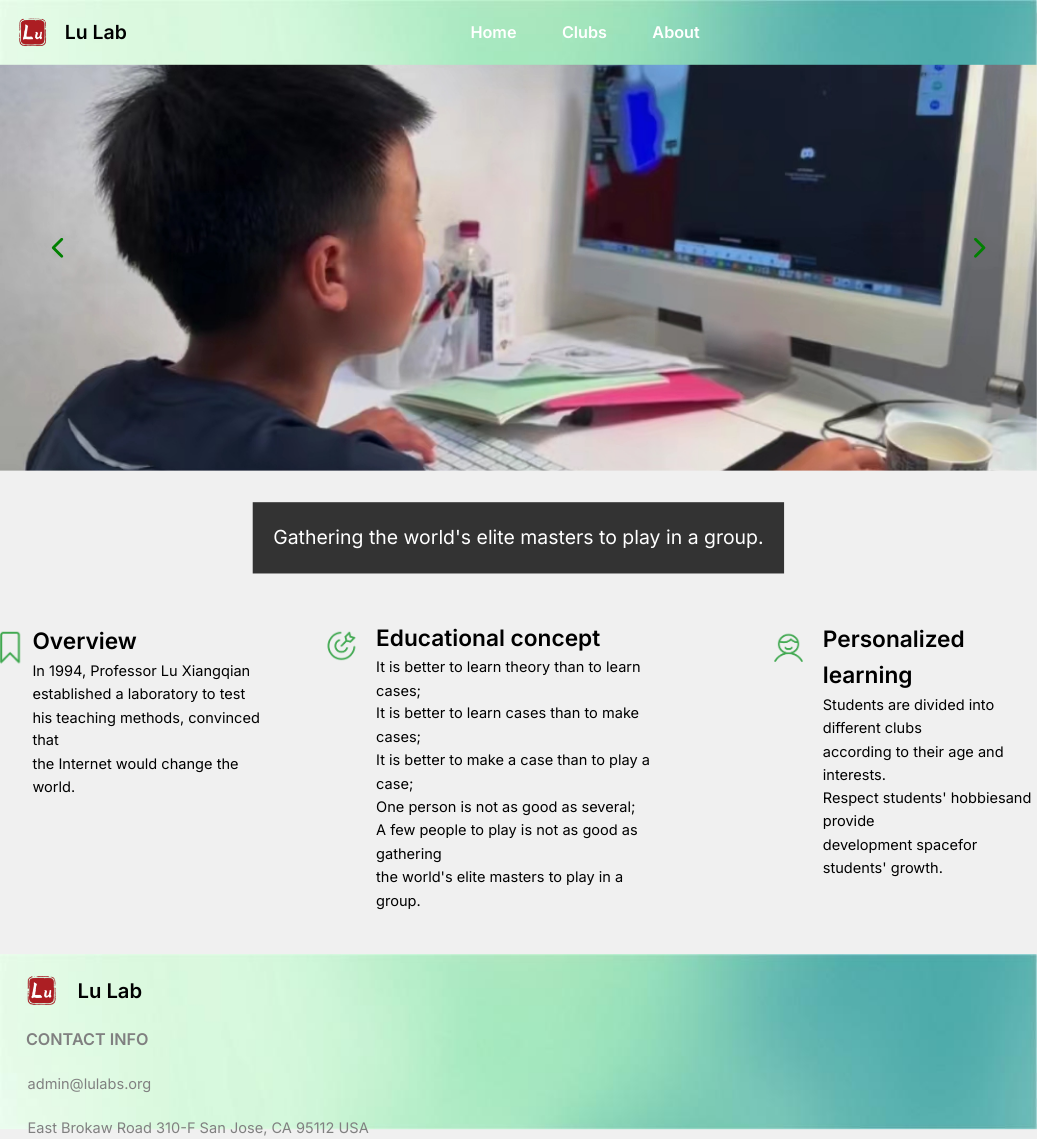
Repository: proflulab/lulab_website_next_js
Page: /
An editor plug-in stored every save of this project. The page is shown before and after the next save, followed by the edit.
The browser window is 1280 px wide. The pictures show the whole page, at 81% of full size.
The project was rebuilt for these pictures with package versions that can differ from the ones it lists, and the page was loaded fresh each time. The framework's server and built-in components were replaced by stand-ins that run in the browser. Also part of the build but not shown: next.config.js, next.config.mjs.

Above is the page before, as saved 2023-12-27 21:06:47.

### app/layout.tsx
import type { Metadata } from "next";
import { Inter } from "next/font/google";
import "./globals.css";

const inter = Inter({ subsets: ["latin"] });

export const metadata: Metadata = {
  title: "Lu Lab",
  description: "Lu Lab",
};

export default function RootLayout({
  children,
}: {
  children: React.ReactNode;
}) {
  return (
    <html lang="en">
      <body className={inter.className}>{children}</body>
    </html>
  );
}

### app/page.tsx
"use client";
import "./globals.css"; // 引入全局 CSS 文件

import React, { useState, useEffect, useRef } from "react";
import { FontAwesomeIcon } from "@fortawesome/react-fontawesome";
import {
  faChevronLeft,
  faChevronRight,
} from "@fortawesome/free-solid-svg-icons";
import Image from "next/image";

import Navbar from "./title/page";
import End from "./title/end";

// export default Navbar;

const Home: React.FC = () => {
  const [images, setImages] = useState<string[]>([]);
  const [currentImageIndex, setCurrentImageIndex] = useState<number>(0);

  useEffect(() => {
    const imageUrls = ["image3.jpg", "xueyuan.jpg", "image1.jpg"];
    setImages(imageUrls);
  }, []);

  useEffect(() => {
    const interval = setInterval(() => {
      setCurrentImageIndex((prevIndex) =>
        prevIndex === images.length - 1 ? 0 : prevIndex + 1
      );
    }, 5000);

    return () => clearInterval(interval);
  }, [images]);

  const showNextImage = () => {
    setCurrentImageIndex((prevIndex) =>
      prevIndex === images.length - 1 ? 0 : prevIndex + 1
    );
  };

  const showPreviousImage = () => {
    setCurrentImageIndex((prevIndex) =>
      prevIndex === 0 ? images.length - 1 : prevIndex - 1
    );
  };
  const [windowWidth, setWindowWidth] = useState<number>(0);

  const [isMobile, setIsMobile] = useState<boolean>(false);

  useEffect(() => {
    const handleResize = () => {
      const width = window.innerWidth;
      setIsMobile(width <= 768);
    };

    handleResize(); // 初始化时调用一次，设置初始的 isMobile 值

    window.addEventListener("resize", handleResize);

    return () => {
      window.removeEventListener("resize", handleResize);
    };
  }, []); // 空数组作为依赖，确保只在组件挂载时执行一次

  return (
    <>
      <Navbar />
      <div
        style={{
          display: "flex",
          flexDirection: "column",
          alignItems: "center",
        }}
      >
        <div
          style={{
            position: "relative",
            width: "100%",
            height: "85vh",
            maxWidth: "100%",
            maxHeight: "85vh",
          }}
        >
          {images.length > 0 && (
            // eslint-disable-next-line @next/next/no-img-element
            <img
              src={images[currentImageIndex]}
              alt={`Image ${currentImageIndex + 1}`}
              style={{
                width: "100%",
                height: "95%",
                objectFit: "cover",
                ...(isMobile
                  ? {
                      height: "75vh",
                      width: "100%",
                      objectFit: "cover",
                    }
                  : {}),
              }}
            />
          )}
          <div
            style={{
              position: "absolute",
              top: "50%",
              transform: "translateY(-50%)",
              left: "5%",
              right: "5%",
              display: "flex",
              justifyContent: "space-between",
            }}
          >
            <button
              onClick={showPreviousImage}
              style={{ color: "green", fontWeight: "bold", fontSize: "28px" }}
            >
              <FontAwesomeIcon icon={faChevronLeft} />
            </button>
            <button
              onClick={showNextImage}
              style={{ color: "green", fontWeight: "bold", fontSize: "28px" }}
            >
              <FontAwesomeIcon icon={faChevronRight} />
            </button>
          </div>
        </div>

        <div
          style={{
            position: "absolute",
            top: isMobile ? "400px" : "620px",
            justifyContent: "space-between",

            backgroundColor: "#333333",
            color: "#fff",
            padding: "25px",
            zIndex: 1,
            width: isMobile ? "80%" : "auto", // 根据屏幕大小更新宽度
          }}
        >
          <p style={{ fontSize: isMobile ? "20px" : "24px" }}>
            Gathering the world&apos;s elite masters to play in a group.
          </p>
        </div>

        <div
          style={{
            fontWeight: "bold",
            fontSize: "45px",
            color: "#000000",
            textAlign: "center",
            marginTop: "40px",
            marginBottom: "40px",
          }}
        >
          Welcome to Lu Lab
        </div>
        {isMobile && (
          <>
            <div
              style={{
                marginBottom: "20px",
                display: "flex",
                alignItems: "flex-start",
              }}
            >
              <Image
                src="/Overview.png"
                alt=""
                width={25}
                height={35}
                style={{ marginLeft: "-30px" }}
              />
              <div style={{ marginLeft: "15px" }}>
                <p
                  style={{
                    fontSize: "28px",
                    fontWeight: "600",
                    marginBottom: "5px",
                    marginTop: "-5px",
                  }}
                >
                  Overview
                </p>
                <p
                  style={{
                    fontSize: "18px",
                    fontWeight: "400",
                    lineHeight: "1.5",
                  }}
                >
                  In 1994, Professor Lu Xiangqian
                  <br /> established a laboratory to test
                  <br />
                  his teaching methods, convinced that
                  <br /> the Internet would change the world. <br />
                </p>
              </div>
            </div>

            <div
              style={{
                marginBottom: "20px",
                display: "flex",
                alignItems: "flex-start",
              }}
            >
              <Image
                src="/Edu.png"
                alt=""
                width={35}
                height={35}
                style={{ marginLeft: "35px" }}
              />
              <div style={{ marginLeft: "15px" }}>
                <p
                  style={{
                    fontSize: "28px",
                    fontWeight: "600",
                    marginBottom: "5px",
                    marginTop: "-5px",
                  }}
                >
                  Educational concept
                </p>
                <p
                  style={{
                    fontSize: "18px",
                    fontWeight: "400",
                    lineHeight: "1.5",
                  }}
                >
                  It is better to learn theory than to learn cases;
                  <br />
                  It is better to learn cases than to make cases;
                  <br />
                  It is better to make a case than to play a case;
                  <br />
                  One person is not as good as several;
                  <br />
                  A few people to play is not as good as gathering
                  <br />
                  the world&apos;s elite masters to play in a group.
                </p>
              </div>
            </div>

            <div
              style={{
                marginBottom: "20px",
                display: "flex",
                alignItems: "flex-start",
              }}
            >
              <Image
                src="/Person.png"
                alt=""
                width={35}
                height={35}
                style={{ marginLeft: "-15px" }}
              />
              <div style={{ marginLeft: "15px" }}>
                <p
                  style={{
                    fontSize: "28px",
                    fontWeight: "600",
                    marginBottom: "5px",
                    marginTop: "-5px",
                  }}
                >
                  Personalized learning
                </p>
                <p
                  style={{
                    fontSize: "18px",
                    fontWeight: "400",
                    lineHeight: "1.5",
                  }}
                >
                  Students are divided into different clubs
                  <br />
                  according to their age and interests.
                  <br />
                  Respect students&apos; hobbies and provide
                  <br />
                  development space for students&apos; growth.
                </p>
              </div>
            </div>
          </>
        )}

        {!isMobile && (
          <div
            style={{
              display: "flex",
              justifyContent: "left",
              marginTop: "20px",
            }}
          >
            <div style={{ flex: "1", marginRight: "80px" }}>
              <Image src="/Overview.png" alt="" width={25} height={35} />
              <div style={{ marginLeft: "40px" }}>
                <p
                  style={{
                    color: "black",
                    fontSize: "28px",
                    fontWeight: "600",
                    marginTop: "-50px",
                    textAlign: "left",
                  }}
                >
                  Overview
                </p>
                <p
                  style={{
                    color: "black",
                    fontSize: "18px",
                    fontWeight: "400",
                    textAlign: "left",
                  }}
                >
                  In 1994, Professor Lu Xiangqian
                  <br /> established a laboratory to test
                  <br />
                  his teaching methods, convinced that
                  <br /> the Internet would change the world. <br />
                </p>
              </div>
            </div>
            <div style={{ flex: "1.3", marginRight: "90px" }}>
              {" "}
              {/* 将 Edu 部分的 flex 值调整为 1.5 */}
              <Image src="/Edu.png" alt="" width={35} height={35} />
              <div style={{ marginLeft: "60px" }}>
                <p
                  style={{
                    color: "black",
                    fontSize: "28px",
                    fontWeight: "600",
                    marginTop: "-50px",
                    textAlign: "left",
                  }}
                >
                  Educational concept
                </p>
                <p
                  style={{
                    color: "black",
                    fontSize: "18px",
                    fontWeight: "400",
                    textAlign: "left",
                  }}
                >
                  It is better to learn theory than to learn cases;
                  <br /> It is better to learn cases than to make cases;
                  <br /> It is better to make a case than to play a case;
                  <br /> One person is not as good as several;
                  <br /> A few people to play is not as good as gathering
                  <br /> the world&apos;s elite masters to play in a group.
                </p>
              </div>
            </div>
            <div style={{ flex: "1", marginLeft: "40px" }}>
              <Image src="/Person.png" alt="" width={35} height={35} />
              <div style={{ marginLeft: "60px" }}>
                <p
                  style={{
                    color: "black",
                    fontSize: "28px",
                    fontWeight: "600",
                    marginTop: "-50px",
                    textAlign: "left",
                  }}
                >
                  Personalized learning
                </p>
                <p
                  style={{
                    color: "black",
                    fontSize: "18px",
                    fontWeight: "400",
                    textAlign: "left",
                  }}
                >
                  Students are divided into different clubs
                  <br /> according to their age and interests.
                  <br /> Respect students&apos; hobbiesand provide
                  <br /> development spacefor students&apos; growth.
                </p>
              </div>
            </div>
          </div>
        )}

        <hr
          style={{
            marginBottom: "50px",
          }}
        />
        <End />
      </div>
    </>
  );
};

export default Home;

### app/globals.css
@tailwind base;
@tailwind components;
@tailwind utilities;
/* 全局样式 */
body {
  font-family: Arial, sans-serif;
  margin: 0;
  padding: 0;
  background-color: #f0f0f0;
  color: #333;
}

h1 {
  font-size: 2em;
  margin-bottom: 20px;
}

p {
  font-size: 16px;
  line-height: 1.5;
}

/* 媒体查询 */
/* 在小屏幕上应用的样式 */
/* globals.css 或者其他全局CSS文件 */
/* 在文件中添加媒体查询样式 */

/* 较小屏幕尺寸下调整内容位置 */
@media (max-width: 768px) {
  .additional-content {
    top: 550px; /* 调整顶部位置 */
    padding: 15px; /* 调整内边距 */
  }
}

/* 更小屏幕尺寸下调整内容位置 */
@media (max-width: 480px) {
  .additional-content {
    top: 500px; /* 更进一步调整顶部位置 */
    padding: 10px; /* 更进一步调整内边距 */
  }
}

/* 更多媒体查询和样式 */

@media (max-width: 768px) {
  body {
    font-size: 14px;
  }

  h1 {
    font-size: 1.5em;
    margin-bottom: 15px;
  }

  p {
    font-size: 14px;
    line-height: 1.4;
  }
}

/* 在更小的屏幕上应用的样式 */
@media (max-width: 480px) {
  body {
    font-size: 12px;
  }

  h1 {
    font-size: 1.2em;
    margin-bottom: 10px;
  }

  p {
    font-size: 12px;
    line-height: 1.3;
  }
}

/* 在大屏幕上应用的样式 */
@media (min-width: 1200px) {
  body {
    font-size: 18px;
  }

  h1 {
    font-size: 2.5em;
    margin-bottom: 25px;
  }

  p {
    font-size: 18px;
    line-height: 1.6;
  }
}

/* 更多自定义样式和媒体查询可以按需添加 */

### app/title/end.tsx
"use client";
import Link from "next/link";
import { useState, useEffect, useRef } from "react";
import Image from "next/image";
const End: React.FC = () => {
  return (
    <div style={{ position: "relative" }}>
      <Image src="/title.jpg" alt="" height="230" width="1700" />
      <div
        style={{
          position: "absolute",
          top: "20px",
          left: "2%",
          display: "flex",
          alignItems: "center",
        }}
      >
        <Image src="/logo.png" alt="" height="50" width="50" />
        <p
          style={{
            color: "black",
            fontSize: "25px",
            fontWeight: "600",
            marginLeft: "20px",
          }}
        >
          Lu Lab
        </p>
      </div>
      <div
        style={{
          position: "absolute",
          top: "90px",
          left: "2.5%",
          textAlign: "left",
        }}
      >
        <div
          style={{
            color: "grey",
            fontSize: "20px",
            fontWeight: "600",
          }}
        >
          CONTACT INFO
        </div>
        <div
          style={{
            color: "grey",
            fontSize: "18px",
            fontWeight: "400",
            marginLeft: "2px",
            textAlign: "left",
          }}
        >
          <br />
          admin@lulabs.org
          <br />
          <br />
          East Brokaw Road 310-F San Jose, CA 95112 USA <br />
        </div>
      </div>
    </div>
  );
};
export default End;

Loaded but not shown: tailwind.config.ts (common file); app/title/page.tsx (272 lines, source omitted)

After the next save:
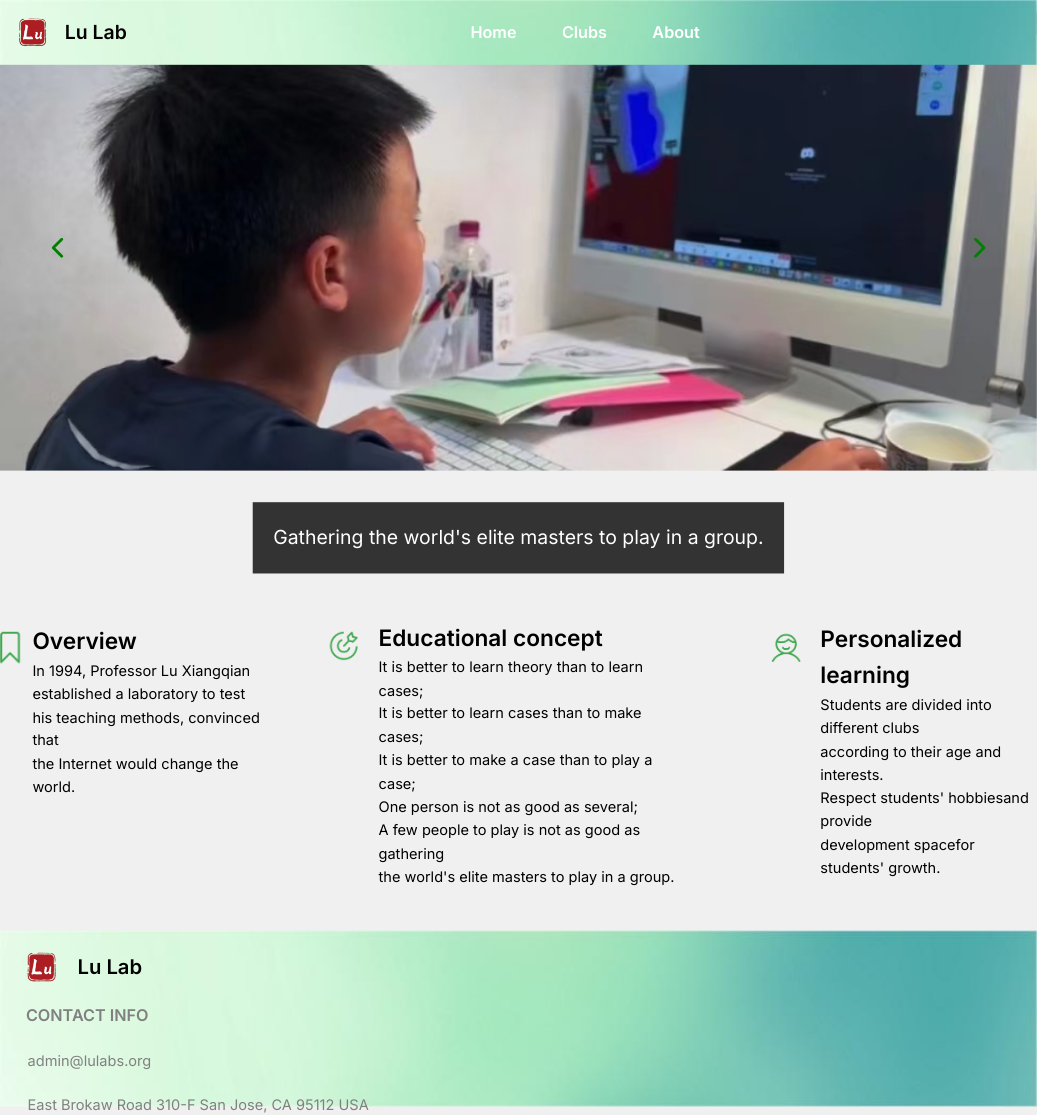
Saved 8 s later.
--- a/app/page.tsx
+++ b/app/page.tsx
@@ -363,7 +363,7 @@ const Home: React.FC = () => {
                 </p>
               </div>
             </div>
-            <div style={{ flex: "1", marginLeft: "40px" }}>
+            <div style={{ flex: "1", marginLeft: "30px" }}>
               <Image src="/Person.png" alt="" width={35} height={35} />
               <div style={{ marginLeft: "60px" }}>
                 <p
